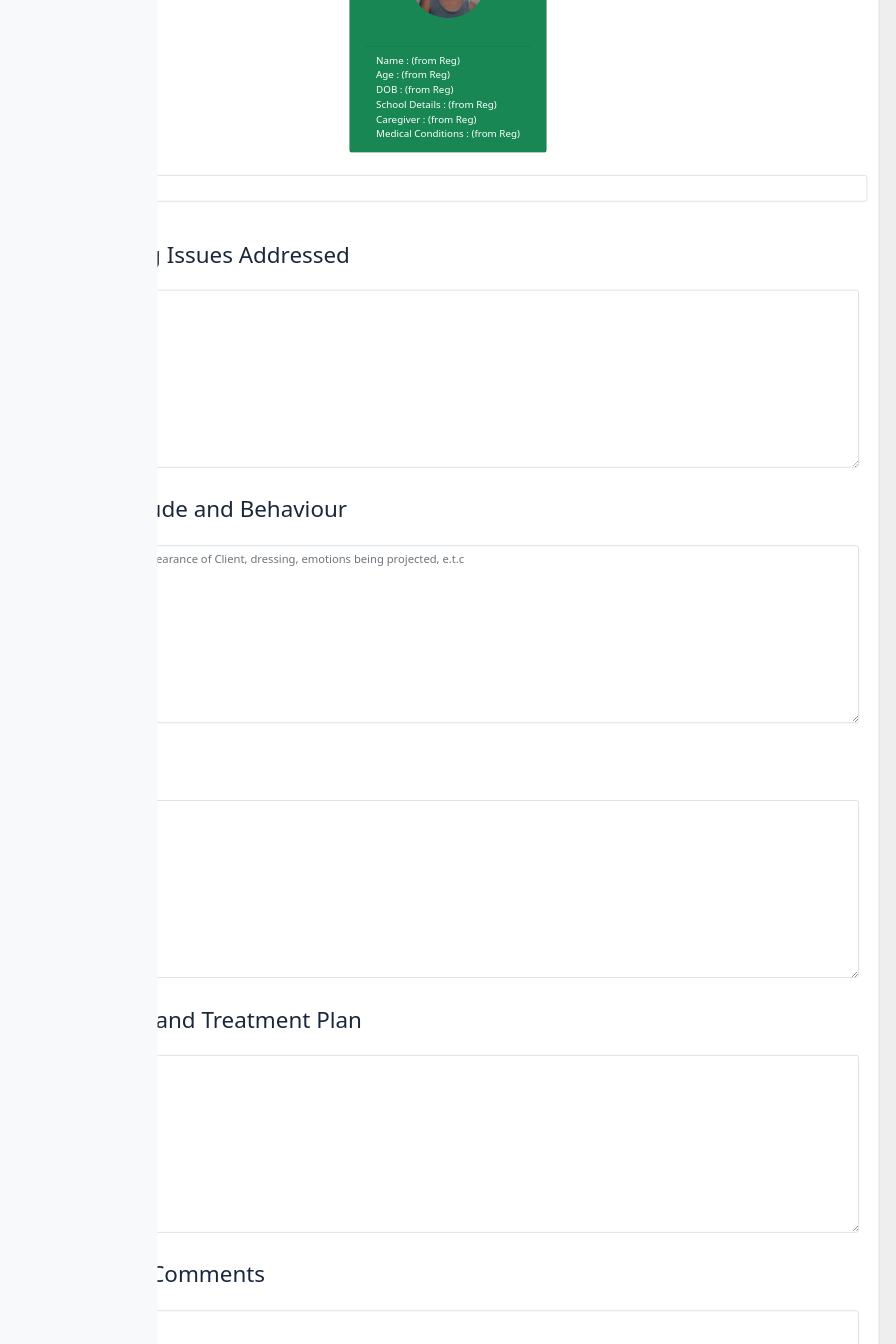
Repository: SRFtech/mis-designs
Page: counselling.html
The author's editor kept a copy of each file at every save. The page is drawn from the files as they stood at one save, then again after a run of saves.
The browser window is 1280 px wide. The pictures show the part of the page from y = 580 to 2500 px (the page is 3053 px tall before and 3069 px after), at 70% of full size.

Above is the page before, as saved 2022-04-10 22:23:35.

After the next 5 saves:
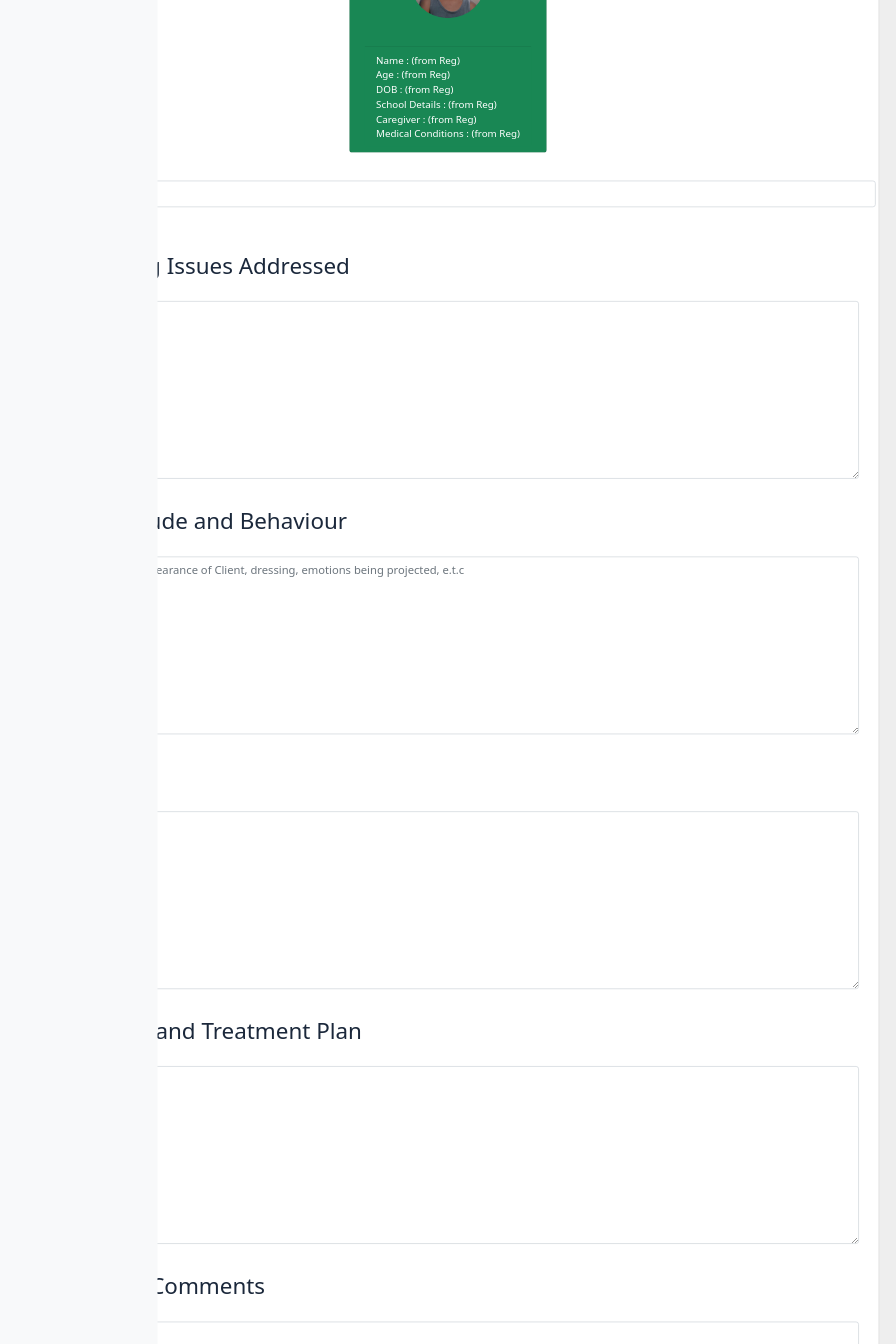
The 5 saves are shown as one change because they came seconds apart.
The last was saved 18 s later.
--- a/counselling.html
+++ b/counselling.html
@@ -194,11 +194,14 @@
                                                             </div>
                                                             <div class="form-group pb-4">
                                                                 <label for="formControlSelect2">Client</label>
-                                                                <select class="form-control" id="formControlSelect2">
-                                                                    <option>Father</option>
-                                                                    <option>Mother</option>
-                                                                    <option>Guardian</option>
-                                                                </select>
+                                                                <div class="row pb-2 pt-2">
+                                                                    <select class="form-control" id="formControlSelect2">
+                                                                        <option>Father</option>
+                                                                        <option>Mother</option>
+                                                                        <option>Guardian</option>
+                                                                    </select>
+                                                                </div>
+
                                                             </div>
                                                             <div class="row pb-2 pt-2">
                                                                 <h2 class="mt-4">Counselling Issues Addressed</h2>
